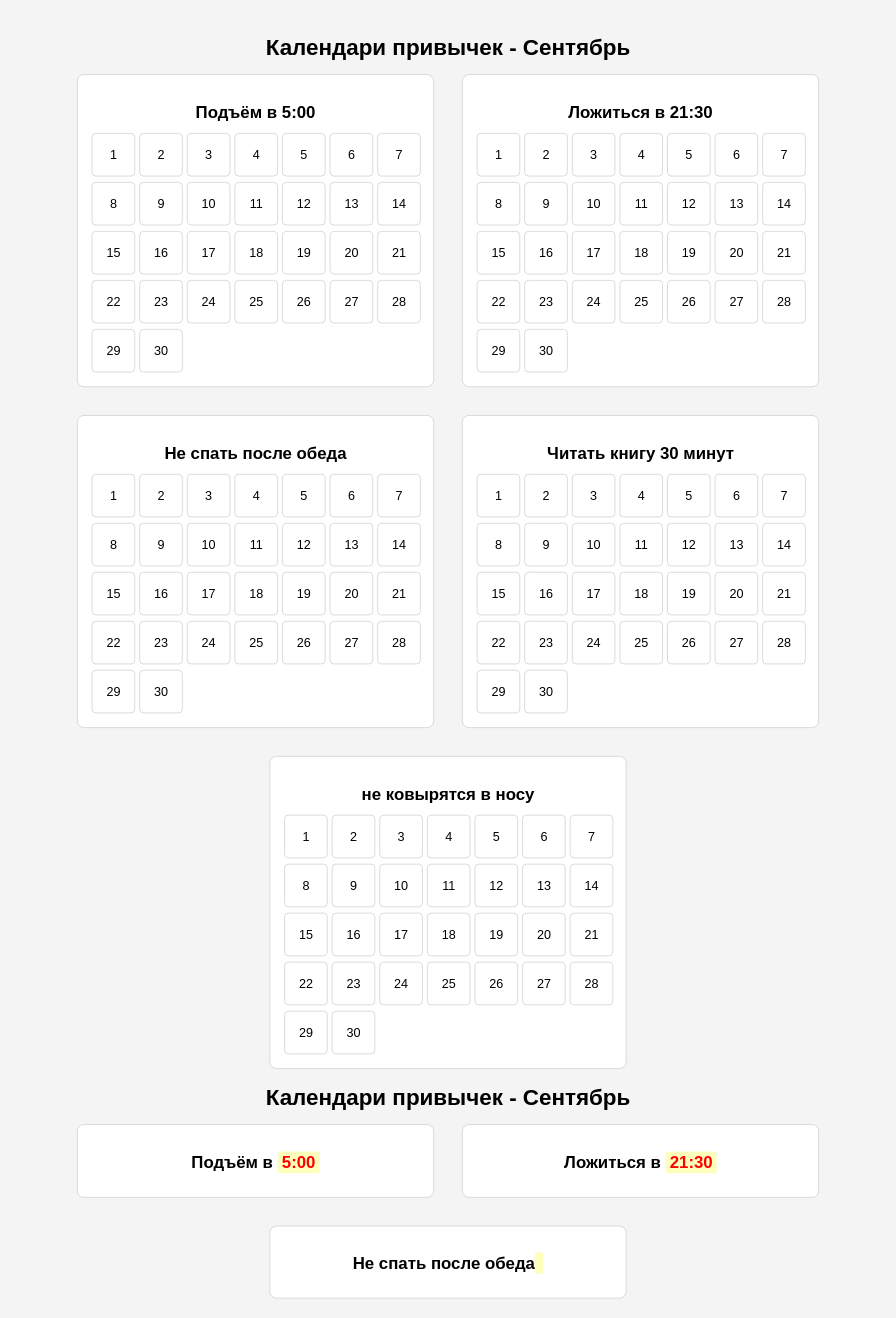
Repository: Pavel1776/doublecalendar
Page: index.html
The author's editor kept a copy of each file at every save. The page is drawn from the files as they stood at one save, then again after the next save.
The browser window is 1280 px wide. The pictures show the whole page, at 70% of full size.

Above is the page before, as saved 2025-09-18 04:40:25.
Console error: SyntaxError: Identifier 'daysInSeptember' has already been declared

After the next save:
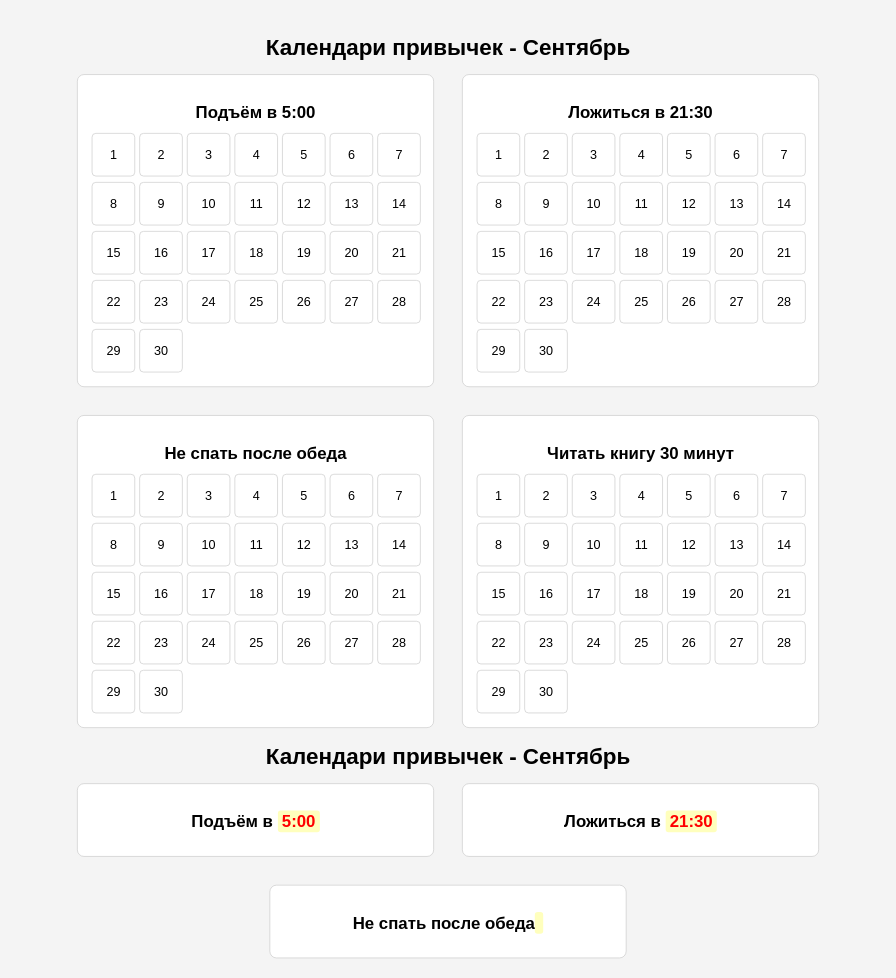
Saved 5 min 10 s later.
--- a/script.js
+++ b/script.js
@@ -5,8 +5,7 @@
   "Подъём в 5:00",
   "Ложиться в 21:30",
   "Не спать после обеда",
-  "Читать книгу 30 минут",
-  "не ковырятся  в носу"
+  "Читать книгу 30 минут"
 ];
 
 // Функция для генерации ID на основе названия

After the save that followed:
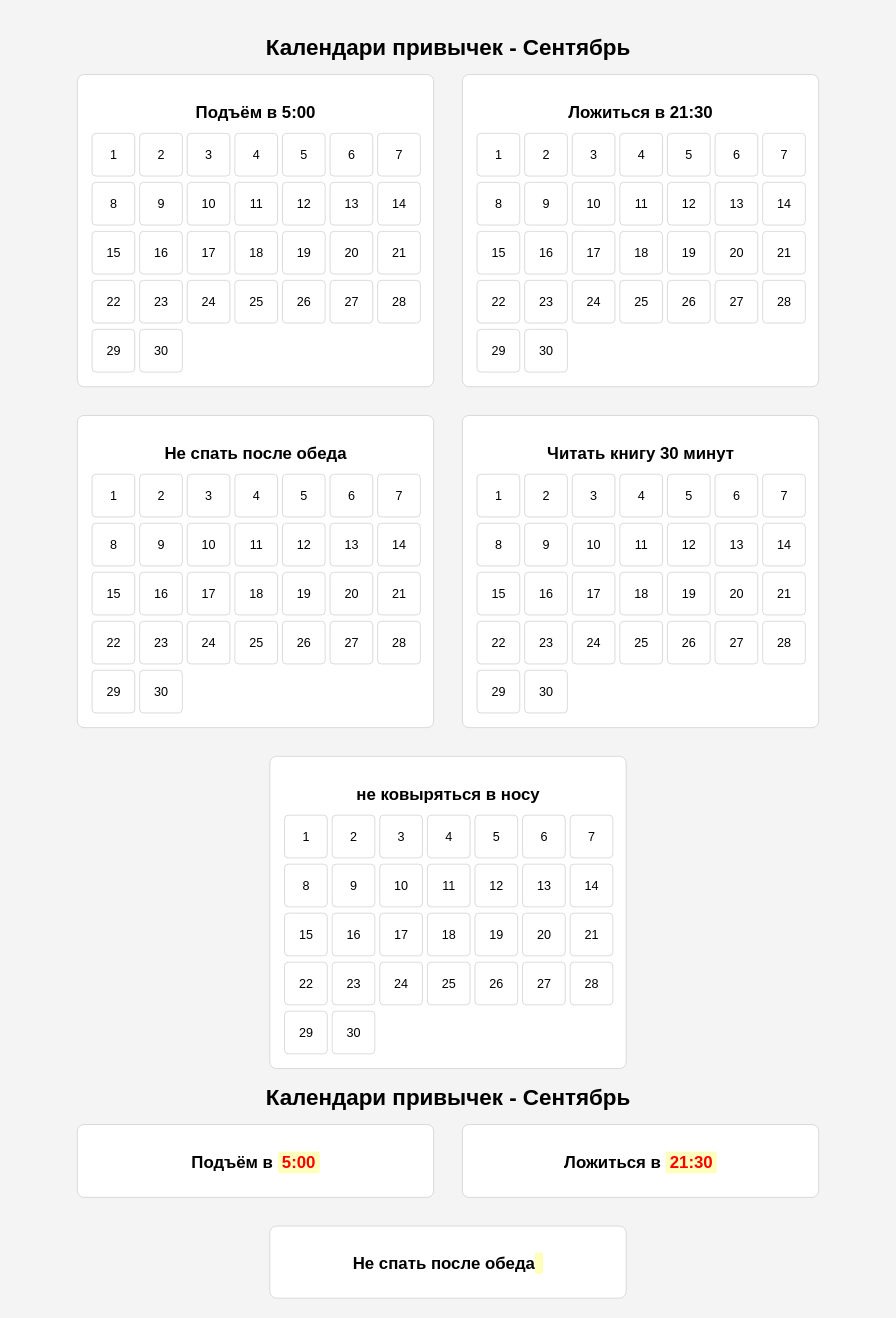
Saved 63 s later.
--- a/script.js
+++ b/script.js
@@ -5,7 +5,8 @@
   "Подъём в 5:00",
   "Ложиться в 21:30",
   "Не спать после обеда",
-  "Читать книгу 30 минут"
+  "Читать книгу 30 минут",
+  "не ковыряться в носу"
 ];
 
 // Функция для генерации ID на основе названия
